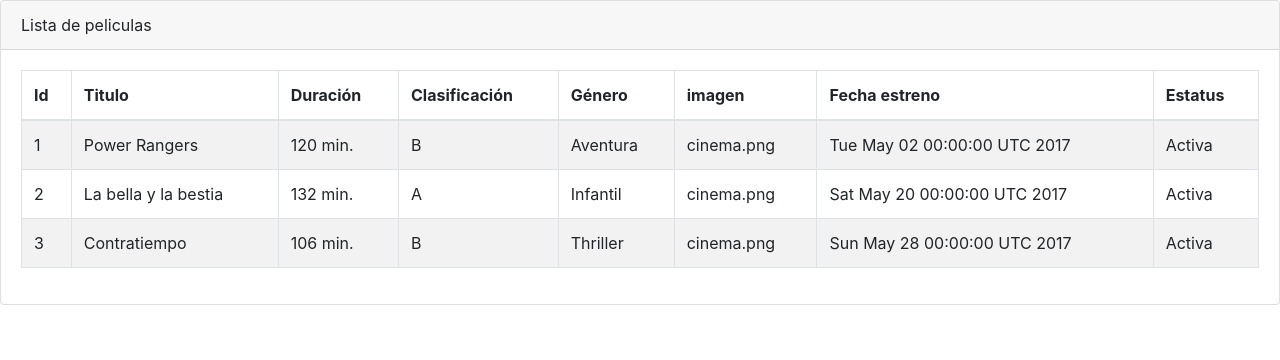
Repository: carlosgijon/Curso-Spring-e-Hibernate
Page: http://localhost/cineapp/
An editor plug-in stored every save of this project. The page is shown before and after the next save, followed by the edit.
The browser window is 1280 px wide. The pictures show the whole page.
The page is served by Tomcat 9.

Above is the page before, as saved 2018-10-01 11:09:18.
Console error: TypeError: Cannot read properties of undefined (reading 'fn')

After the next save:
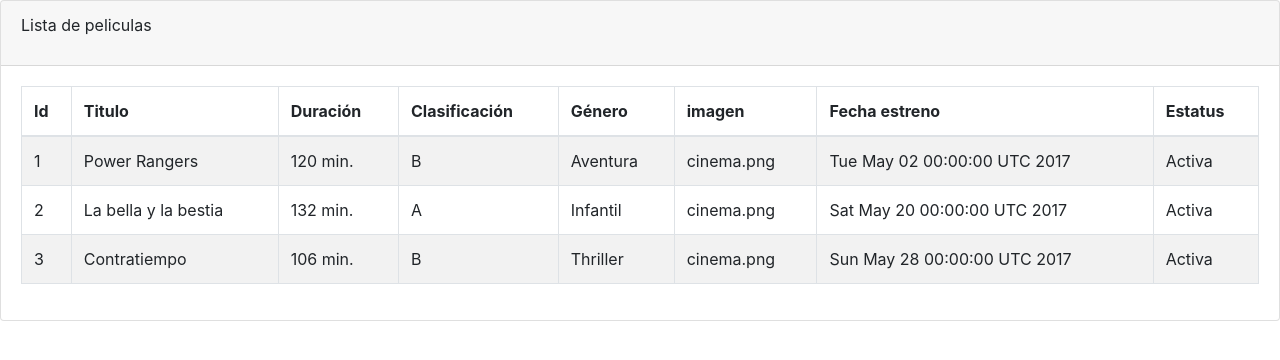
Saved 17 s later.
--- a/cineapp/webapp/WEB-INF/views/home.jsp
+++ b/cineapp/webapp/WEB-INF/views/home.jsp
@@ -26,7 +26,7 @@
 
 	<div class="card">
 		<div class="card-header">
-			Lista de peliculas
+			<p>Lista de peliculas</p>
 		</div>
 		<div class="card-body">
 			<table class="table table-striped table-bordered table-hover">
